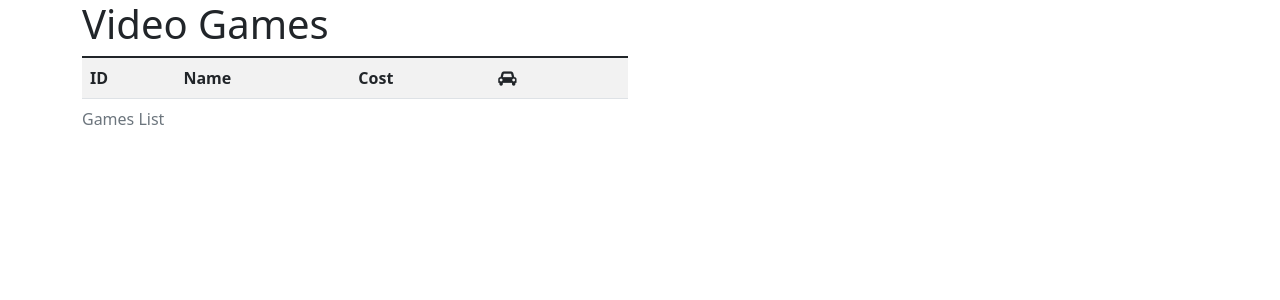
Repository: teban004/COMP1006---W2017
Page: http://localhost/
The author's editor kept a copy of each file at every save. The page is drawn from the files as they stood at one save, then again after the next save.
The browser window is 1280 px wide. The pictures show the whole page.
The page is run by PHP 8.4 with error messages shown; the project is at /var/www/html/. Queries for data that is not in the repository find no rows.

Above is the page before, as saved 2022-01-04 17:54:13.

After the next save:
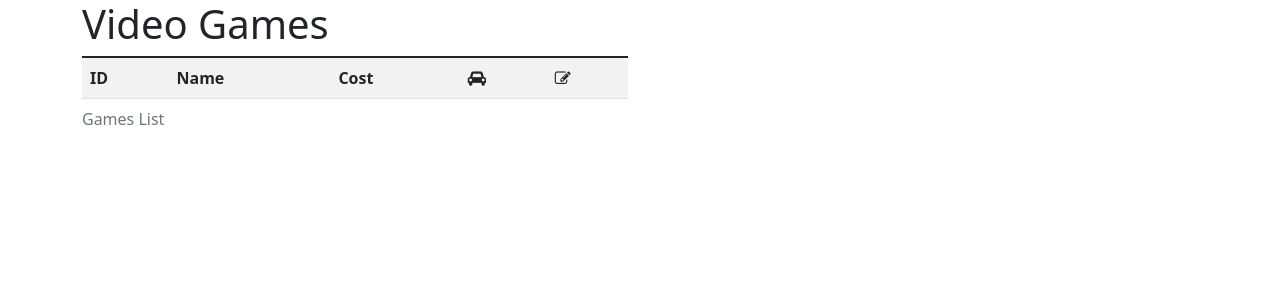
Saved 103 s later.
--- a/index.php
+++ b/index.php
@@ -45,7 +45,7 @@
                         <th>Name</th>
                         <th>Cost</th>
                         <th><i class="fa fa-car"></i></th>
-                        <th><i class="fa-regular fa-pen-to-square"></i></th>
+                        <th><i class="fa fa-pencil-square-o"></i></th>
                     </tr>
 
                 <?php
